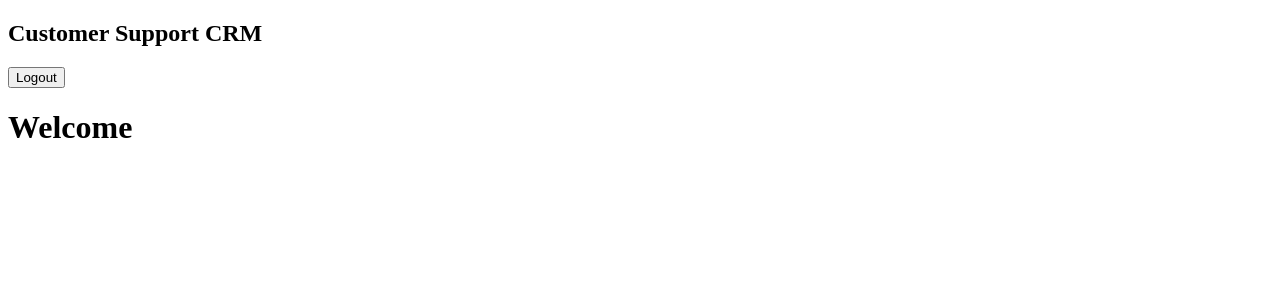
Repository: DeveshPatill/customer-support-crm-application
Page: /dashboard (app in client/client/)
The author's editor kept a copy of each file at every save. The page is drawn from the files as they stood at one save, then again after the next save.
The browser window is 1280 px wide. The pictures show the whole page.
The project was rebuilt for these pictures with package versions that can differ from the ones it lists, and the page was loaded fresh each time. Also part of the build but not shown: client/client/vite.config.js, client/client/src/services/api.js, client/client/src/pages/Login.jsx, client/client/src/pages/Tickets.jsx, client/client/src/pages/CreateTicket.jsx, client/client/src/pages/TicketDetails.jsx, client/client/src/pages/Register.jsx.

Above is the page before, as saved 2026-07-16 19:36:53.

After the next save:
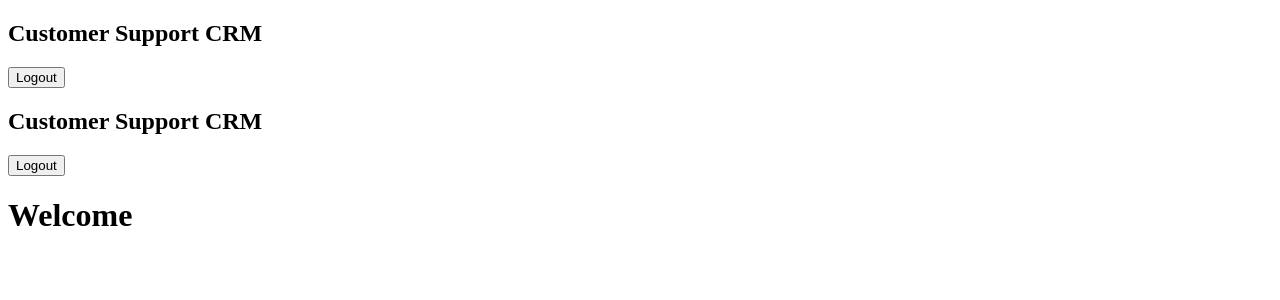
Saved 40 s later.
--- a/client/client/src/pages/Dashboard.jsx
+++ b/client/client/src/pages/Dashboard.jsx
@@ -1,17 +1,15 @@
+import Navbar from "../components/Navbar";
+
 function Dashboard() {
-
-    const user = JSON.parse(
-        localStorage.getItem("user")
-    );
+    const user = JSON.parse(localStorage.getItem("user"));
 
     return (
-        <div>
-            <h1>
-                Welcome {user?.name}
-            </h1>
+        <>
+            <Navbar />
 
+            <h1>Welcome {user?.name}</h1>
             <p>{user?.email}</p>
-        </div>
+        </>
     );
 }
 
